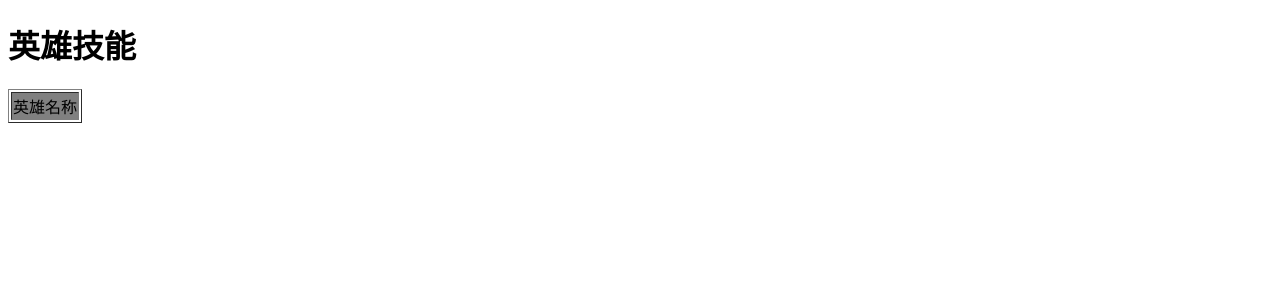
Repository: NPUYUN/Note
Page: Web/HTML/练习2.html
An editor plug-in stored every save of this project. The page is shown before and after the next save, followed by the edit.
The browser window is 1280 px wide. The pictures show the whole page.

Above is the page before, as saved 2025-11-24 21:26:52.

After the next save:
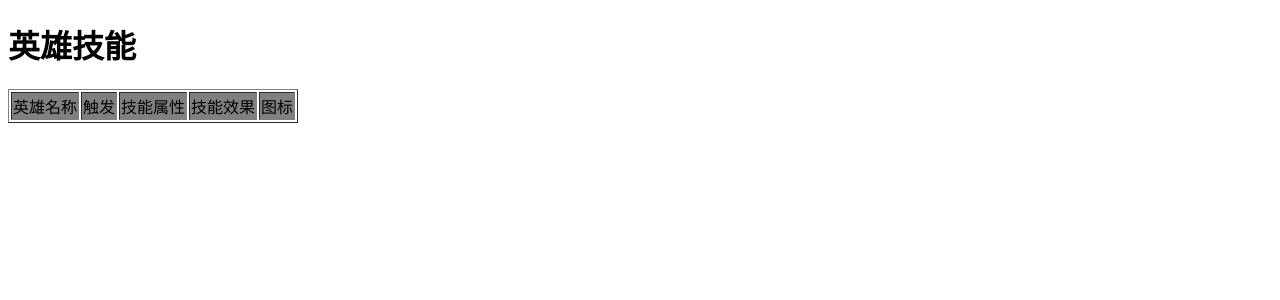
Saved 86 s later.
--- a/Web/HTML/练习2.html
+++ b/Web/HTML/练习2.html
@@ -7,9 +7,21 @@
     <body>
         <h1>英雄技能</h1>
         <table border="1">
-            <tr>
-                <td colspan="2" bgcolor="grey">
+            <tr bgcolor="grey">
+                <td colspan="2">
                     英雄名称
+                </td>
+                <td>
+                    触发
+                </td>
+                <td colspan="2">
+                    技能属性
+                </td>
+                <td colspan="8">
+                    技能效果
+                </td>
+                <td>
+                    图标
                 </td>
             </tr>
         </table>
